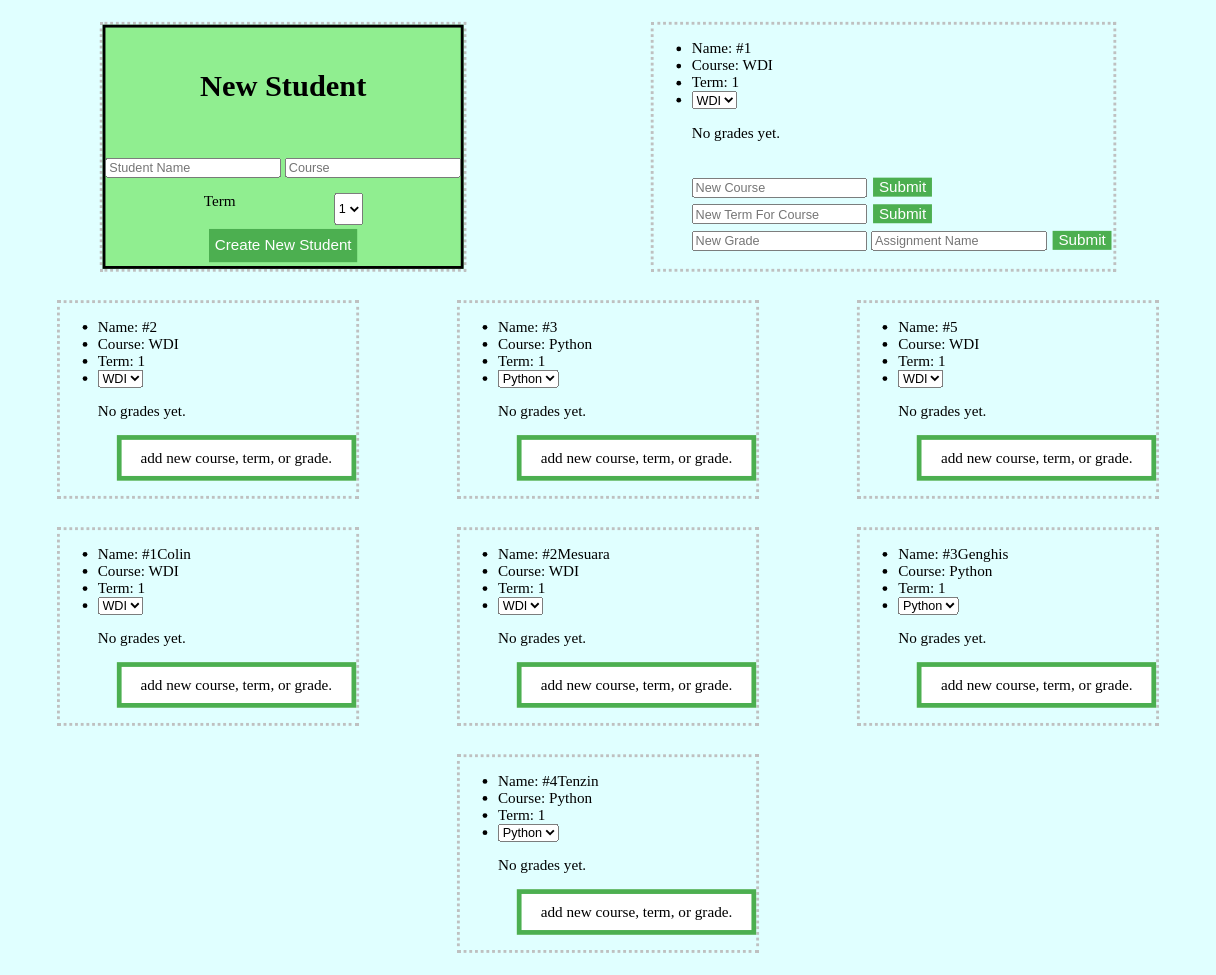
Repository: EdmontDantes/graderaide-fullstack-solution
Page: index.html
These files come from the project's save history. The page is drawn as it stood at one moment and after the next save; the edit follows.
The browser window is 1280 px wide. The pictures show the whole page, at 95% of full size.

Above is the page before, as saved 2020-04-22 13:51:32.

### index.html
<html lang="en">
  <head>
    <title>Graderaide</title>
    <meta charset="UTF-8">
    <meta name="viewport" content="width=device-width, initial-scale=1">
    <link rel="stylesheet" type="text/css" href="style-index.css">
  </head>

  <body>
    <section class="app">
      <section class="student-display" id="create-new-student-tile">

      <section class="new-student-input">
        <h1 id="text-h1-creation-section">New Student</h1>

        <div id="new-student-input-boxes">
          <input type="text" class="new-student-name" name="new-student-name" placeholder="Student Name">
          <input type="text" class="new-student-course" name="new-student-course" placeholder="Course">
        </div>

        <div id="new-student-input-options"
          <label for="new-student-term">Term</label>
          <select class="new-student-term" name="new-student-term">
            <option value="1">1</option>
            <option value="2">2</option>
            <option value="3">3</option>
          </select>
        </div>
        <section class="new-student-submit">
          <button type="submit" class="new-student-button">Create New Student</button>
        </section>
      </section>
    </section>

      <section class="student-display " id="student-1">
        <ul class="student-info">
          <li>Name: #1</li>
          <li>Course: WDI</li>
          <li>Term: 1</li>
          <li>
            <select class="course-selection">
              <option value="wdi">WDI</option>
            </select>
            <p>No grades yet.</p>
          </li>

          <br>
          <div id="data-grades-input student-1">
            <section>
              <!-- <label for="new-course">New Course:</label> -->
              <input type="text" name="new-course" class="new-course" placeholder="New Course">
              <button type="submit" class="submit-new-course">Submit</button>
            </section>
            <section>
              <!-- <label for="new-term">New Term For Course:</label> -->
              <input type="text" name="new-term" class="new-term" placeholder="New Term For Course">
              <button type="submit" class="submit-new-term">Submit</button>
            </section>
            <section>
              <!-- <label for="new-grade">New Grade:</label> -->
              <input type="text" name="new-grade" class="new-grade" placeholder="New Grade">
              <!-- <label for="new-grade-assignment">Assignment Name:</label> -->
              <input type="text" name="new-grade-assignment" class="new-grade-assignment" placeholder="Assignment Name">
              <button type="submit" class="submit-new-grade-assignment">Submit</button>
            </section>
          </div>
        </ul>
      </section>
      <section class="student-display">
        <ul class="student-info">
          <li>Name: #2</li>
          <li>Course: WDI</li>
          <li>Term: 1</li>
          <li>
            <select class="course-selection">
              <option value="wdi">WDI</option>
            </select>
            <p>No grades yet.</p>
          </li><a href="add.html">add new course, term, or grade.</a>
        </ul>
      </section>

      <section class="student-display">
        <ul class="student-info">
          <li>Name: #3</li>
          <li>Course: Python</li>
          <li>Term: 1</li>
          <li>
            <select class="course-selection">
              <option value="python">Python</option>
            </select>
            <p>No grades yet.</p>
          </li><a href="add.html">add new course, term, or grade.</a>
        </ul>
      </section>



      <section class="student-display">
        <ul class="student-info">
          <li>Name: #5</li>
          <li>Course: WDI</li>
          <li>Term: 1</li>
          <li>
            <select class="course-selection">
              <option value="wdi">WDI</option>
            </select>
            <p>No grades yet.</p>
          </li><a href="add.html">add new course, term, or grade.</a>
        </ul>
      </section>

      <section class="student-display">
        <ul class="student-info">
          <li>Name: #1Colin</li>
          <li>Course: WDI</li>
          <li>Term: 1</li>
          <li>
            <select class="course-selection">
              <option value="wdi">WDI</option>
            </select>
            <p>No grades yet.</p>
          </li><a href="add.html">add new course, term, or grade.</a>
        </ul>
      </section>
      <section class="student-display">
        <ul class="student-info">
          <li>Name: #2Mesuara</li>
          <li>Course: WDI</li>
          <li>Term: 1</li>
          <li>
            <select class="course-selection">
              <option value="wdi">WDI</option>
            </select>
            <p>No grades yet.</p>
          </li><a href="add.html">add new course, term, or grade.</a>
        </ul>
      </section>

      <section class="student-display">
        <ul class="student-info">
          <li>Name: #3Genghis</li>
          <li>Course: Python</li>
          <li>Term: 1</li>
          <li>
            <select class="course-selection">
              <option value="python">Python</option>
            </select>
            <p>No grades yet.</p>
          </li><a href="add.html">add new course, term, or grade.</a>
        </ul>
      </section>

      <section class="student-display">
        <ul class="student-info">
          <li>Name: #4Tenzin</li>
          <li>Course: Python</li>
          <li>Term: 1</li>
          <li>
            <select class="course-selection">
              <option value="python">Python</option>
            </select>
            <p>No grades yet.</p>
          </li><a href="add.html">add new course, term, or grade.</a>
        </ul>
      </section>

      </section>
    </section>
  </body>
  <script src="main.js"></script>
</html>

### style-index.css
body {
    background-color: lightcyan;
    display: flex;
    flex-wrap: wrap;
    justify-content: center;
}

.app {
    display: flex;
    flex-direction: row;
    flex-wrap: wrap;
    justify-content: space-around;
}

#text-h1-creation-section {
    display: flex;
    flex-wrap: wrap;
    justify-content: center;
    font-size: 2em;
}

#new-student-input-options {
    display: flex;
    flex-wrap: wrap;
    flex-direction: row;
    justify-content: space-evenly;
}

.new-student-submit {
    display: flex;
    flex-wrap: wrap;
    justify-content: center;
}

.new-student-input {
    display: grid;

    background-color: lightgreen;
    border: 3px solid black;

}
button {
    background-color: #4CAF50;
    border: none;
    color: white;
    text-align: center;
    text-decoration: none;
    display: inline-block;
    font-size: 16px;
    margin: 4px 2px;
    cursor: pointer;
}

.student-display {
    display: flex;
    justify-content: space-around;
    border: 3px dotted #BFC0C0;
    margin: 15px;
}

.student-info {
    display: flex;
    flex-direction: column;
    justify-content: space-evenly;
}

a {
    background-color: white;
    color: black;
    border: 5px solid #4CAF50;
    padding: 10px 20px;
    text-align: center;
    text-decoration: none;
    display: inline-block;
    font-size: 16px;
    margin-left: 20px;
}

### main.js
/******************
 * YOUR CODE HERE *
 ******************/

const Grade = (assignment, score) => {
    return {
        assignment,
        score,
    }
}

const Term = () => {
    return {
    grades: [],

    addGrade: function(assignment, score) {
        const grade = Grade(assignment, score);
        this.grades.push(grade);
    },
    }
}

const Course = (name) => {
    return {
    name,
    terms: [Term()],

    addTerm: function() {
        const term = Term();
        this.terms.push(term);
    }
    }
}

const Student = (name, course, term = 1) => {
    return {
    name,
    course,
    term,
    courses: [Course(course)],

    addCourse: function(course) {
        this.courses.push(Course(course));
        this.course = course;
    },

    getAverage: function(courseToFind = this.course, termIndex = this.term - 1) {
        let foundCourse;
        for (const course of this.courses) {
        if (course.name === courseToFind) {
            foundCourse = course;
        }
        }

        const grades = foundCourse.terms[termIndex].grades;
        if (grades.length === 0) {
        return 'No grades yet.'
        }

        let sum = 0;
        for (const grade of grades) {
        sum += grade.score;
        }

        return sum / grades.length;
    },
    }
}

// const createNewStudentTileQuery = document.querySelector('#create-new-student-tile');
const newStudentNameQuery = document.querySelector('.new-student-name');
const newStudentCourseNameQuery = document.querySelector('.new-student-course');
const newStudentTermNumOptionQuery = document.querySelector('.new-student-term');
const btnNewStudentSubmitQuery = document.querySelector('.new-student-button');

const newStudentTile = function() {

    name = newStudentNameQuery.value;
    course = newStudentCourseNameQuery.value;
    termNum = newStudentTermNumOptionQuery.value;

    let newStudent = Student(name, course, termNum);
    console.log(newStudent);
    const studentDisplay = document.createElement('div');
    studentDisplay.className = 'student-display';
    let numId = document.querySelectorAll('.student-display')

    studentDisplay.id = `student-${numId.length}`;
    const studentInfo = document.createElement('ul');
    const nameItem = document.createElement('li');
    const courseItem = document.createElement('li');
    const termItem  = document.createElement('li');

    nameItem.innerText = `Name: ${newStudent.name}`;
    courseItem.innerText = `Course: ${newStudent.course}`;
    termItem.innerText = `Term: ${newStudent.term}`;


    studentInfo.classList.add('student-info');
    studentInfo.appendChild(nameItem);
    studentInfo.appendChild(courseItem);
    studentInfo.appendChild(termItem);
    // someParentElement.appendChild(studentInfo);
    studentDisplay.append(studentInfo);
    document.querySelector('.app').append(studentDisplay)
}

btnNewStudentSubmitQuery.addEventListener('click', newStudentTile);

After the next save:
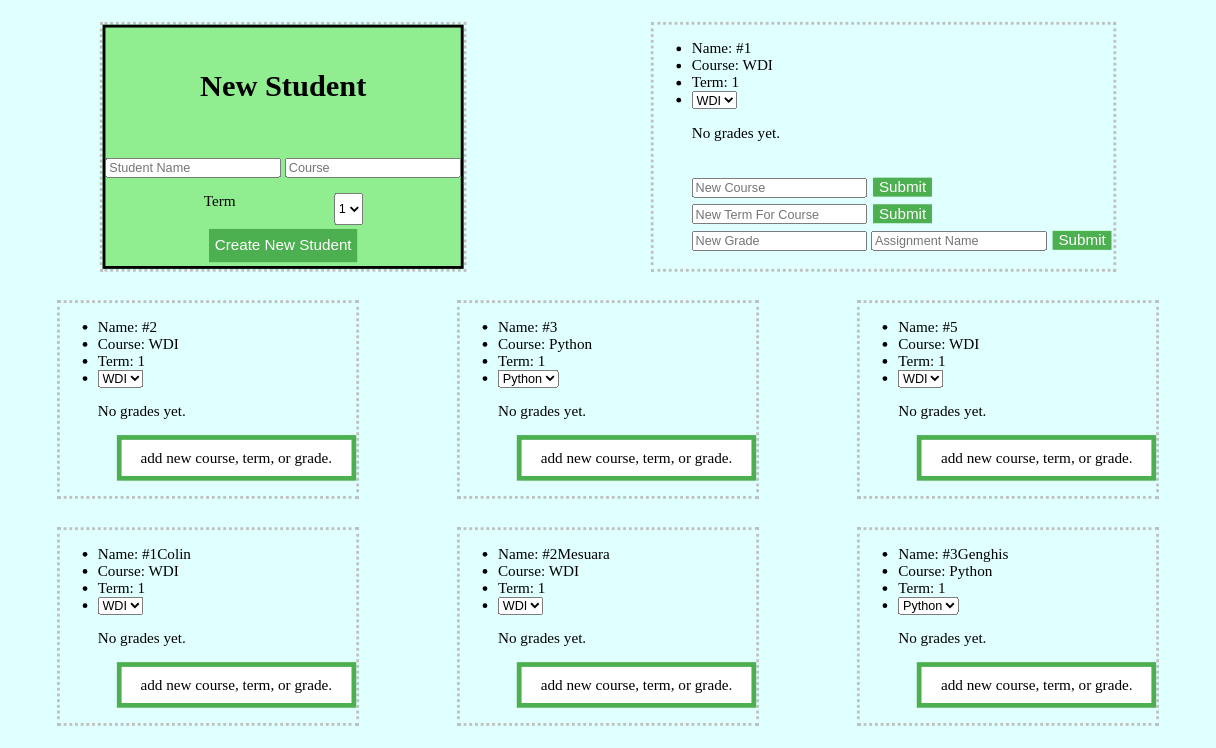
Saved 3 min 20 s later.
--- a/index.html
+++ b/index.html
@@ -151,19 +151,7 @@
         </ul>
       </section>
 
-      <section class="student-display">
-        <ul class="student-info">
-          <li>Name: #4Tenzin</li>
-          <li>Course: Python</li>
-          <li>Term: 1</li>
-          <li>
-            <select class="course-selection">
-              <option value="python">Python</option>
-            </select>
-            <p>No grades yet.</p>
-          </li><a href="add.html">add new course, term, or grade.</a>
-        </ul>
-      </section>
+
 
       </section>
     </section>
